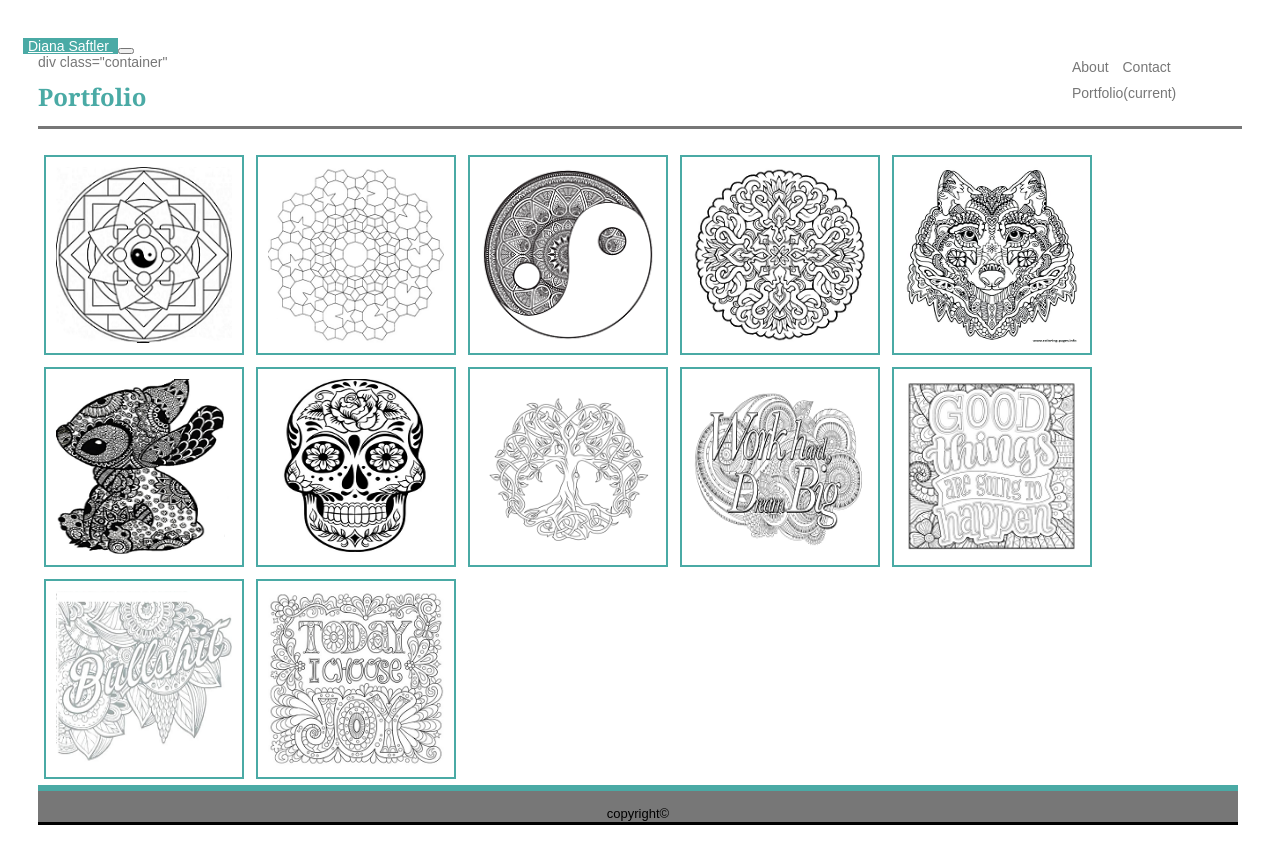
Repository: dsaftler/Bootstrap-Portfolio
Page: portfolio.html
An editor plug-in stored every save of this project. The page is shown before and after the next save, followed by the edit.
The browser window is 1280 px wide. The pictures show the whole page.

Above is the page before, as saved 2019-03-20 22:56:55.

### portfolio.html

<html>

        <head>
            <title>Diana Saftler</title>
            <link rel="stylesheet" href+"assets/css/reset.css">
            <link rel="stylesheet" href="assets/css/style.css">
            <link rel="icon" href="assets/images/Peony.jpg" type="image/jpg" sizes="16x16">
            <meta charset="UTD-8">

        </head>

        <body>
            <nav class="navbar navbar-expand-lg navbar-light" >
                <a class="navbar-brand"  style="background-color: #4aaaa5; color: white; padding-right: 5px; padding-left: 5px; margin-left: -15px" href="#"> Diana Saftler </a>
                <button class="navbar-toggler" type="button" data-toggle="collapse" data-target="#navbarSupportedContent" aria-controls="navbarSupportedContent" aria-expanded="false" aria-label="Toggle navigation">
                        <span class="navbar-toggler-icon"></span>
                </button>

                <div class="collapse navbar-collapse" id="navbarSupportedContent">
                <ul class="navbar-nav ml-auto">
                    <li class="nav-item">
                        <a class="nav-link"href="index.html">About</a>
                    </li>
                    <li class="nav-item">
                        <a class="nav-link" href="contact.html">Contact</a>
                    </li>
                    <li class="nav-item active">
                        <a class="nav-link"  href="portfolio.html">Portfolio<span class="sr-only">(current)</span></a>
                    </li>
                </ul>
                </div>
            </nav>
            div class="container"
            <div class="col-sx-12 col-sm-12">
                    <h2>Portfolio</h2>
                    <div class="row">

                        <!-- <div class="col"> -->
                            <div class="content">
                                <a href="assets\gallery\simple_mandala.png" target="Simple Mandala">
                                    <img class="gallery" src="assets\gallery\sm_simple_mandala.png"  alt="Simple Mandala" title="Simple Mandala" class="clickable"></a>

                            </div> <!-- content -->
                            <div class="content">
                                    <a href="assets\gallery\geometric_mandala.png" target="Geometric Mandala">
                                        <img class="gallery" src="assets\gallery\sm_geometric_mandala.png" alt="Geometric Mandala" title="Geometric Mandala"></a>
                            </div> <!-- content -->
                            <div class="content">
                                    <a href="assets\gallery\ying_yang_mandala.png" target="Ying-Yang Mandala">
                                        <img class="gallery" src="assets\gallery\sm_ying_yang_mandala.png" alt="Ying-Yang Mandala" title="Ying-Yang Mandala"></a>
                            </div> <!-- content -->
                            <div class="content">
                                    <a href="assets\gallery\old_english.png" target="Olde English Mandala">
                                    <img class="gallery" src="assets\gallery\sm_old_english.png" alt="Olde English Mandala" title="Olde English Mandala"></a>
                            </div> <!-- content -->
    <!-- I could do rows here, but since everything wraps, I don't have to  -->

                            <div class="content">
                                    <a href="assets\gallery\wolf.png" target="Wolf">
                                        <img class="gallery" src="assets\gallery\sm_wolf.png" alt="Wolf" title="Wolf"></a>
                            </div> <!-- content -->
                            <div class="content">
                                    <a href="assets\gallery\stitch.png" target="stitch">
                                    <img class="gallery" src="assets\gallery\sm_stitch.png" alt="Stitch" title="Stitch"></a>
                            </div> <!-- content -->
                            <div class="content">
                                    <a href="assets\gallery\day_of_the_dead.png" target="Day of the Dead">
                                    <img class="gallery" src="assets\gallery\sm_day_of_the_dead.png" alt="Day of the Dead" title="Day of the Dead"></a>
                            </div> <!-- content -->
                            <div class="content">
                                    <a href="assets\gallery\tree_of_life.png" target="Tree of Life">
                                    <img class="gallery" src="assets\gallery\sm_tree_of_life.png" alt="Tree of Life" title="Tree of Life"></a>
                            </div> <!-- content -->
    <!-- I could do rows here, but since everything wraps, I don't have to  -->

                            <div class="content">

                                    <a href="assets\gallery\work_hard.png" target="Work Hard">
                                    <img class="gallery" src="assets\gallery\sm_work_hard.png" alt="Work Hard" title="Work Hard"></a>
                            </div> <!-- content -->
                            <div class="content">
                                    <a href="assets\gallery\good_things.png" target="Good Things">
                                    <img class="gallery" src="assets\gallery\sm_good_things.png" alt="Good Things" title="Good Things"></a>
                            </div> <!-- content -->
                            <div class="content">
                                    <a href="assets\gallery\bad_word.png" target="Bad Word">
                                    <img class="gallery" src="assets\gallery\sm_bad_word.png" alt="@#!#%!!!" title="@#!#%!!!"></a>
                            </div> <!-- content -->
                            <div class="content">
                                    <a href="assets\gallery\choose_joy.png" target="Choose Joy">
                                    <img class="gallery" src="assets\gallery\sm_choose_joy.png" alt="Choose Joy" title="Choose Joy"></a>
                            </div> <!-- content -->

                         <!-- </div class="col"> -->
                    </div><!-- row -->
                </div>    <!-- center-panel -->
            </div>  <!-- bg-pattern -->
            <footer>copyright&copy</footer>
        </body>

</html>

### Assets/CSS/style.css
* {
    box-sizing: border-box;
}

body {
    font-size: 14px;
    font-family: Arial, "Helvetica Neue", Helvetica, sans-serif;
    background-color: #ffffff;
    padding: 30px;
    color:  #777777;

}
header{
    left: 80px;
    background-color: #ffffff;
    height: 25px;
    width: 1200px;
}
footer {
    color: black;
    font-size: small;
    text-align: center;
    padding: 15px;
    clear: both;
    background-color: #777777;
    height: 40px;
    width: 1200px;
    border-style: solid;
    border-top-color: #4aaaa5;
    border-top-width: 6px;
    border-left-width: 0;
    border-right-width: 0;
}
p {
    padding: 0 0 10 0;
}

.bg-pattern {
    clear: both;
  /* margin-top: 40px; */
  padding: 50px;
  padding-top: 5px;
  /* background-color: #b1f3f3;  */
  height: 650px;
  width: 1200px;

  background-image: url("../images/circles-light.png");
  border-style: solid;
  border-top-color: #999a9b;
  border-top-width: 2px;
  border-left-width: 0;
  border-right-width: 0;
  border-bottom-color: #4aaaa5;
  border-bottom-width: 6px;

}

.center-panel {
    clear: both;
    display: inline-block;
    /* position: absolute; */
    top: 150px;
    right: 0;
    bottom: 0;
    left: 0;
    margin-left: 75px;
    margin-top: 20px;
    width: 960px;
    height: 535px;
    background-color: #ffffff;
    padding: 25px;
    overflow: auto;
    z-index: 1;

}

ul {
    list-style-type: none;
    margin: 0;
    padding: 0;
}

li a {
    display: block;
    width: 60 px;
}



ul {
    list-style-type: none;
    margin: 0;
    padding: 0;
    float: right;
    width: 175px;
}

li { display: inline-block; }

li a {
    color: #777777;
    text-decoration: none;
    padding: 5px;
}

li a:hover {
    background-color: #4aaaa5;
    color: white;

}
h1, h2 {font-family: Georgia, Times, "Times New Roman", serif;}
h1 {
    float: left;
    box-shadow: 10px 0px 0px 0px #4aaaa5, -10px 0px 0px 0px #4aaaa5;

    height: 65px;
    /* width: 200px; */

    top: 0;
    margin: 0;
    margin-left: 135px;

    background-color: #4aaaa5;
    color: white;
    font-size: 30px;
    text-align: center;
    padding: 10px 0;
    /* padding: 10px; */
}

h2 {
    font-size: 24px;
    margin-top: 10px;
    color: #4aaaa5;
    padding-bottom: 13px;
    border-bottom: 3px solid #777777;
}
h4 { margin: 3px}


.image_about {
    float: left;
    padding-right: 20px;
    padding-bottom: 20px;
    width: 230px;
    height: 310px;
}

input[type="text"] {
    width : 450px;
    margin: 0;
    padding: 2px;
    padding-left: 10px;
    -webkit-box-sizing: border-box; /* For legacy WebKit based browsers */
       -moz-box-sizing: border-box; /* For legacy (Firefox <29) Gecko based browsers */
            box-sizing: border-box;
}

.textbox {
    border:1px solid  #777777;
    padding: 10px;
    width: 650;
    height: 175px;
    font-size: 13.33px;
    font-family: Arial, Helvetica, sans-serif;
}
.submit {
    display: block;
    width: 60px;
    height: 29px;
    background-color: #4aaaa5;
    color: #ffffff;
    font-weight: bold;
}
.portfolio {
    max-width:100%;
    max-height: 100%
   }
.content {
    padding: 6px;
    float: left;
}

.row {
    margin: 0;
    height: 225px;
}
.row,
.row > .column {
    padding: 5 px;
}
.col {
   float:left;
    height: 225px;
     width: 25%;
     margin: 0;
}
.row:after {
    content: "";
    display: table;
    clear: both;
}
.gallery {
    border: 2px solid #4aaaa5;
    padding: 10px;
    height: 200px;
    width: 200px;
}
.gallery:hover {
    border-color: #06faee;
}
.box {
    height:150px;
    border: solid;
    border-width: 1px;

}
/* portfolio page */

.work {
    position: relative;
    float: left;
    width: 274px;
    margin: 20px 0 25px;
    overflow: auto;
  }

  .work:nth-child(even) {
    margin-right: 40px;
  }

  .work img {
    width: 100%;
    border: 0 none;
    opacity: 0.8;
  }

  .work h3 {
    position: absolute;
    bottom: 20px;
    width: 100%;
    padding: 15px;
    margin-bottom: 0;
    font-weight: 300;
    line-height: 30px;
    color: #ffffff;
    text-align: center;
    background: #4aaaa5;
    border-bottom: 0;
  }

  .auth-image {
    float: left;
    width: 200px;
    height: auto;
    margin-top: 10px;
    margin-right: 25px;
  }
  #masthead {
    position: fixed;
    z-index: 99;
    width: 100%;
    margin: 0 0 30px;
    overflow: auto;
    color: #ffffff;
    background: #ffffff;
    border-bottom: 2px solid #cccccc;
  }

  #logo {
    float: left;
    width: 250px;
    height: 90px;
    font-family: Georgia, Times, "Times New Roman", serif;
    font-size: 30px;
    font-weight: 700;
    line-height: 90px;
    color: #ffffff;
    text-align: center;
    text-decoration: none;
    background: #4aaaa5;
  }
  #main-container {
    padding-top: 130px;
    min-height: calc(100vh - 70px);
  }

  .main-section {
    float: left;
    width: 100%;
    max-width: 960px;
    padding: 30px;
    margin: 0 0 40px;
    background: #ffffff;
    border: 1px solid #dddddd;
  }

After the next save:
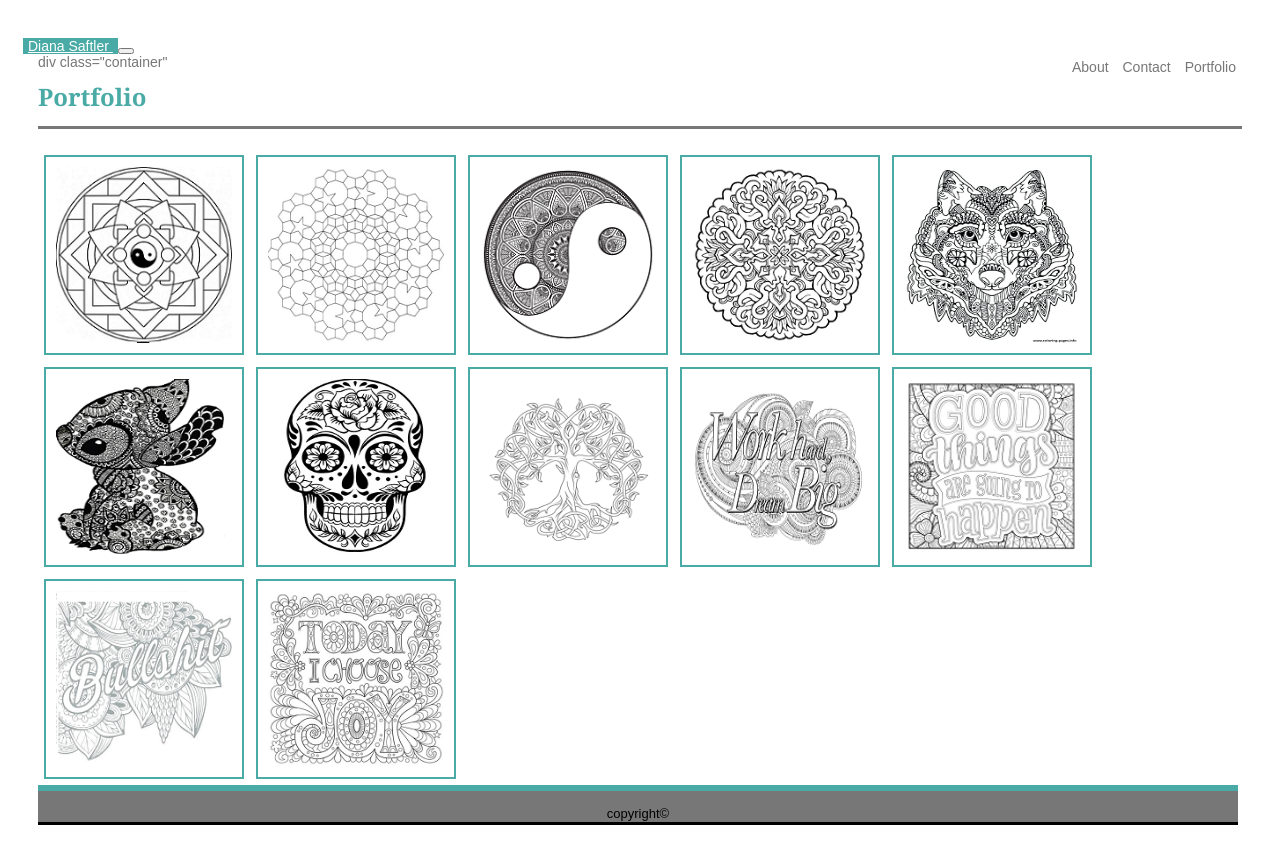
Saved 33 s later.
--- a/portfolio.html
+++ b/portfolio.html
@@ -26,7 +26,7 @@
                         <a class="nav-link" href="contact.html">Contact</a>
                     </li>
                     <li class="nav-item active">
-                        <a class="nav-link"  href="portfolio.html">Portfolio<span class="sr-only">(current)</span></a>
+                        <a class="nav-link"  href="portfolio.html">Portfolio<span class="sr-only"></span></a>
                     </li>
                 </ul>
                 </div>
